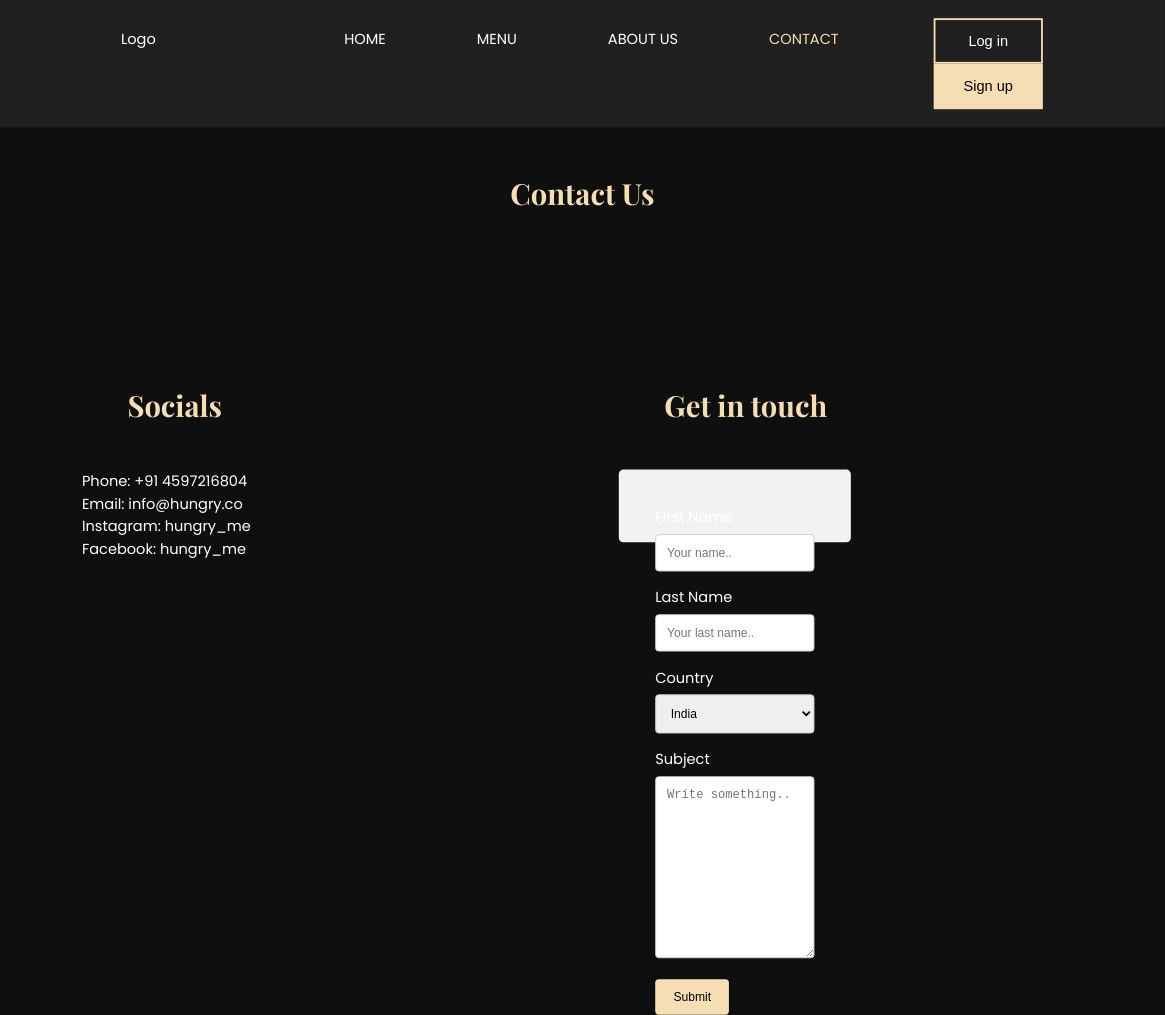
Repository: ThisIsSahaj/NSP
Page: contact.html
An editor plug-in stored every save of this project. The page is shown before and after the next save, followed by the edit.
The browser window is 1280 px wide. The pictures show the whole page, at 91% of full size.

Above is the page before, as saved 2023-12-26 22:58:41.

### contact.html
<!DOCTYPE html>
<html lang="en">
<head>
    <meta charset="UTF-8">
    <meta http-equiv="X-UA-Compatible" content="IE=edge">
    <meta name="viewport" content="width=device-width, initial-scale=1.0">
    <title>Contact</title>
    <link rel="stylesheet" href="style.css">
</head>
<body>

    <header>

        <nav class="nav">
            <div class="logo">
                Logo
            </div>
            <div class="menu">
                <ul>
                   <a href="index.html" class="navAni"> <li>Home</li> </a>
                   <a href="index.html" class="navAni"> <li>Menu</li> </a>
                   <a href="about.html" class="navAni"> <li>About Us</li> </a>
                   <a href="" class="active navAni"> <li>Contact</li> </a>
            </ul>
        </div>
        <div class="button">
            <button class="login">Log in</button>
            <button class="signup">Sign up</button>
        </div>
    </nav>
</header>


<div class="about">
    <h1>Contact Us</h1>
    <div class="aboutBox">
       <div>
        <h1 style="color: wheat;">Socials</h1>
        <p>Phone: +91 4597216804</p>
        <p>Email: info@hungry.co</p>
        <p>Instagram: hungry_me</p>
        <p>Facebook: hungry_me</p>
    </div>


       <div>
        <h1 style="color: wheat;">Get in touch</h1>
        <div class="formContainer" >
            <form >

              <label for="fname">First Name</label>
              <input type="text" id="fname" name="firstname" placeholder="Your name..">

              <label for="lname">Last Name</label>
              <input type="text" id="lname" name="lastname" placeholder="Your last name..">

              <label for="country">Country</label>
              <select id="country" name="country">
                <option value="australia">India</option>
                <option value="canada">Canada</option>
                <option value="usa">USA</option>
              </select>

              <label for="subject">Subject</label>
              <textarea id="subject" name="subject" placeholder="Write something.." style="height:200px"></textarea>

              <input type="submit" value="Submit">

            </form>
          </div>
       </div>
    </div>

</div>
</body>
</html>

### style.css
@import url('https://fonts.googleapis.com/css2?family=Poppins:wght@300;400;500;600;700&family=Roboto:wght@100;300;400;500;700;900&display=swap');

@import url('https://fonts.googleapis.com/css2?family=Playfair+Display:wght@400;500;600;700;800;900&family=Poppins:wght@300;400;500;600;700&family=Roboto:wght@100;300;400;500;700;900&display=swap');


*{
    margin: 0px;
    padding: 0px;
    box-sizing: border-box;

}

body{
    background-color: #0F0F0F;
    font-family: 'Poppins', sans-serif;
    /* color: rgb(224, 212, 212); */
    color: white;
}

header{
    margin-top: 0px;
    background-color: #202020;
    padding: 20px;
}
nav{
    display: flex;
    flex-direction: row;
    justify-content: space-around;
}

ul {
    display: flex;
    flex-direction: row;
    list-style: none;
    /* border: 2px solid green; */
}
a {
    color: #fff;
    text-transform: uppercase;
    text-decoration: none;
    /* letter-spacing: 0.15em;      */
    /* display: inline-block; */
    /* padding: 15px 20px; */
    position: relative;
    /* border: 2px solid red; */
}
.navAni:after {
    background: none repeat scroll 0 0 transparent;
    bottom: 0;
    content: "";
    display: block;
    height: 2px;
    left: 50%;
    position: absolute;
    background: #fff;
    transition: width 0.3s ease 0s, left 0.3s ease 0s;
    width: 0;
    margin-bottom: 10px;
}

.navAni:hover:after {
    width: 100%;
    left: 0;
    background-color:wheat;
}
.active{
    color: wheat;
}


.logo{
    width: 20%;
    margin: 10px;
    display: flex;
    justify-content: center;
    /* border: 2px solid hotpink; */

}
.menu ul li{
    margin: 10px 50px;

}

.menu{
    width: 60%;
    display: flex;
    justify-content: center;
    /* border: 2px solid blue; */

}
.button{
    width: 20%;
    /* border: 2px solid hotpink; */
}
button {
    height: 50px;
    width: 120px;
    margin: 0px 10px;
    /* border-radius: 50px; */
    background-color: wheat;
    font-size: 16px;
    cursor: pointer;
    border: none;
}

button:hover{
    background-color: transparent;
    color: white;
    border: 2px solid wheat;
}

.login{
border: 2px solid wheat;
background-color: transparent;
color: white;

}

.login:hover {
    background-color: wheat;
    color: black;
}

.viewMenu{
    margin: 50px;
    border: none;
    width: 160px;
    height: 60px;
}

.sec1{
    /* border: 2px solid red; */
    height: 870px;
    width: 100%;
    background-image: url("assets/images/hero-slider-1.jpg");

    display: flex;
    flex-direction: column;
    justify-content: center;
    align-items: center;
    font-size: 96px;
    font-family: "Playfair Display";
}


.sec2{
width: 100%;
height: 870px;
display: flex;
flex-direction: column;
/* justify-content: center; */
align-items: center;
}

.sec2 p{
    color: wheat;
    font-size: 18px;
    margin: 50px 0px;
}

.about{
    width: 100%;
    height: 50vw;
    display: flex;
    flex-direction: column;
    /* justify-content: center; */
    align-items: center;
    }

.about h1{
    font-family: "Playfair Display";
    margin: 50px;
    color: wheat;
    }

 .aboutBox{
    width: 100%;
    height: 20vw;

    display: flex;
    flex-direction: row;
    justify-content: center;
    padding: 50px;
 }

 .aboutBox div{
    width: 50%;
    padding: 40px;
    height: 60%;
 }


.cardContainer{
    width: 100%;
    height: 700px;
    display: flex;
    flex-direction: row;
    padding: 40px;
    justify-content: center;
}


 .card {
    box-shadow: 0 4px 8px 0 rgba(155, 155, 155, 0.2);
    transition: 0.3s;
    width: 20%;
    height: 70%;
    border-radius: 5px;
    margin: 0px 20px;
    cursor: pointer;
  }

  .card:hover {
    box-shadow: 0 8px 16px 0 rgba(155, 155, 155, 0.2);
  }

  img {
    border-radius: 5px 5px 0 0;
  }

  .container {
    padding: 2px 16px;
    text-align: center;
  }
  .container p{
    font-size: 24px;
  }





  input[type=text], select, textarea {
    width: 100%;
    padding: 12px;
    border: 1px solid #ccc;
    border-radius: 4px;
    box-sizing: border-box;
    margin-top: 6px;
    margin-bottom: 16px;
    resize: vertical
  }


  input[type=submit] {
    background-color: wheat;
    color: black;
    padding: 12px 20px;
    border: none;
    border-radius: 4px;
    cursor: pointer;
  }


  input[type=submit]:hover {
    background-color: rgb(240, 209, 152);
  }


  .formContainer {
    border-radius: 5px;
    background-color: #f2f2f2;
    padding: 20px;
  }

After the next save:
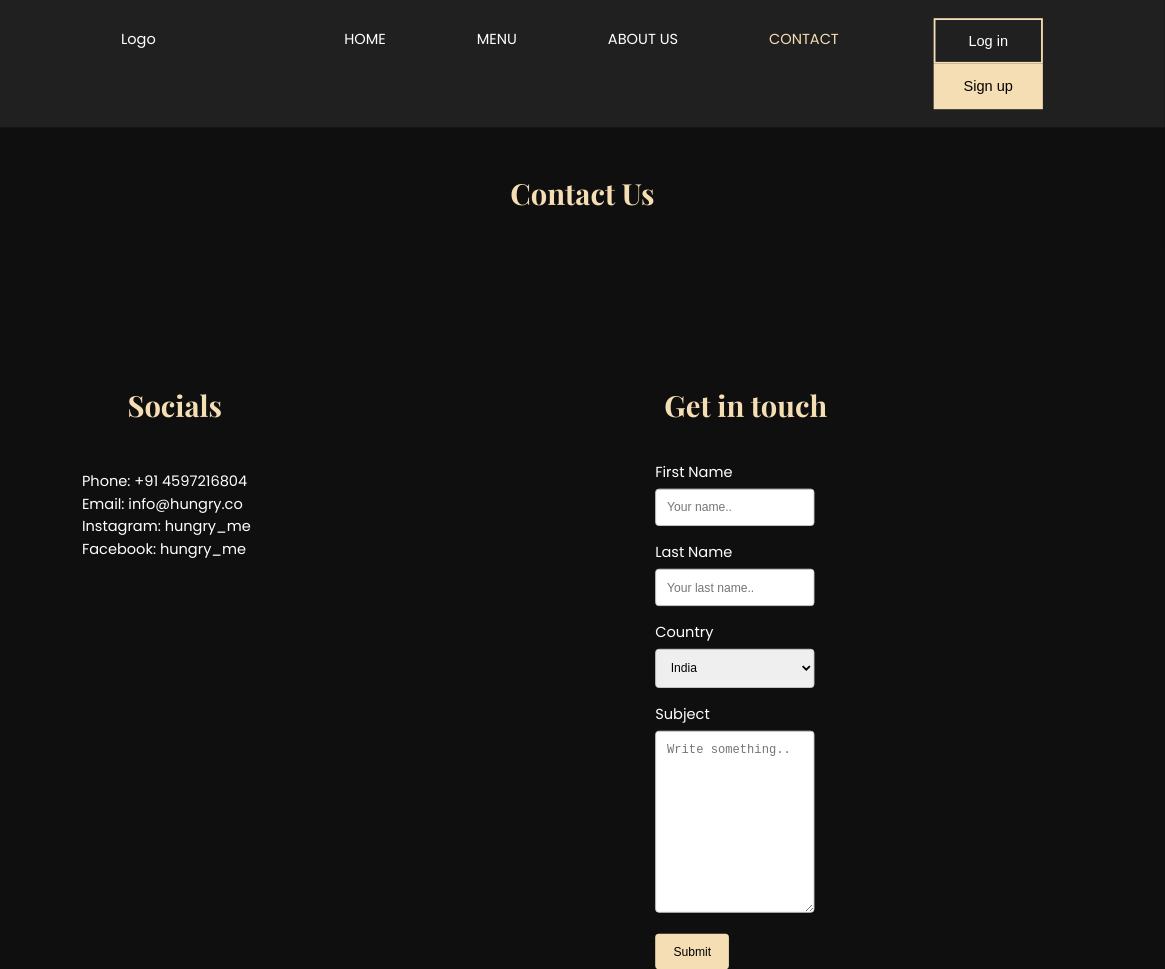
Saved 5 s later.
--- a/contact.html
+++ b/contact.html
@@ -45,7 +45,7 @@
 
        <div>
         <h1 style="color: wheat;">Get in touch</h1>
-        <div class="formContainer" >
+        <div style="margin-top: -50px;">
             <form >
 
               <label for="fname">First Name</label>
